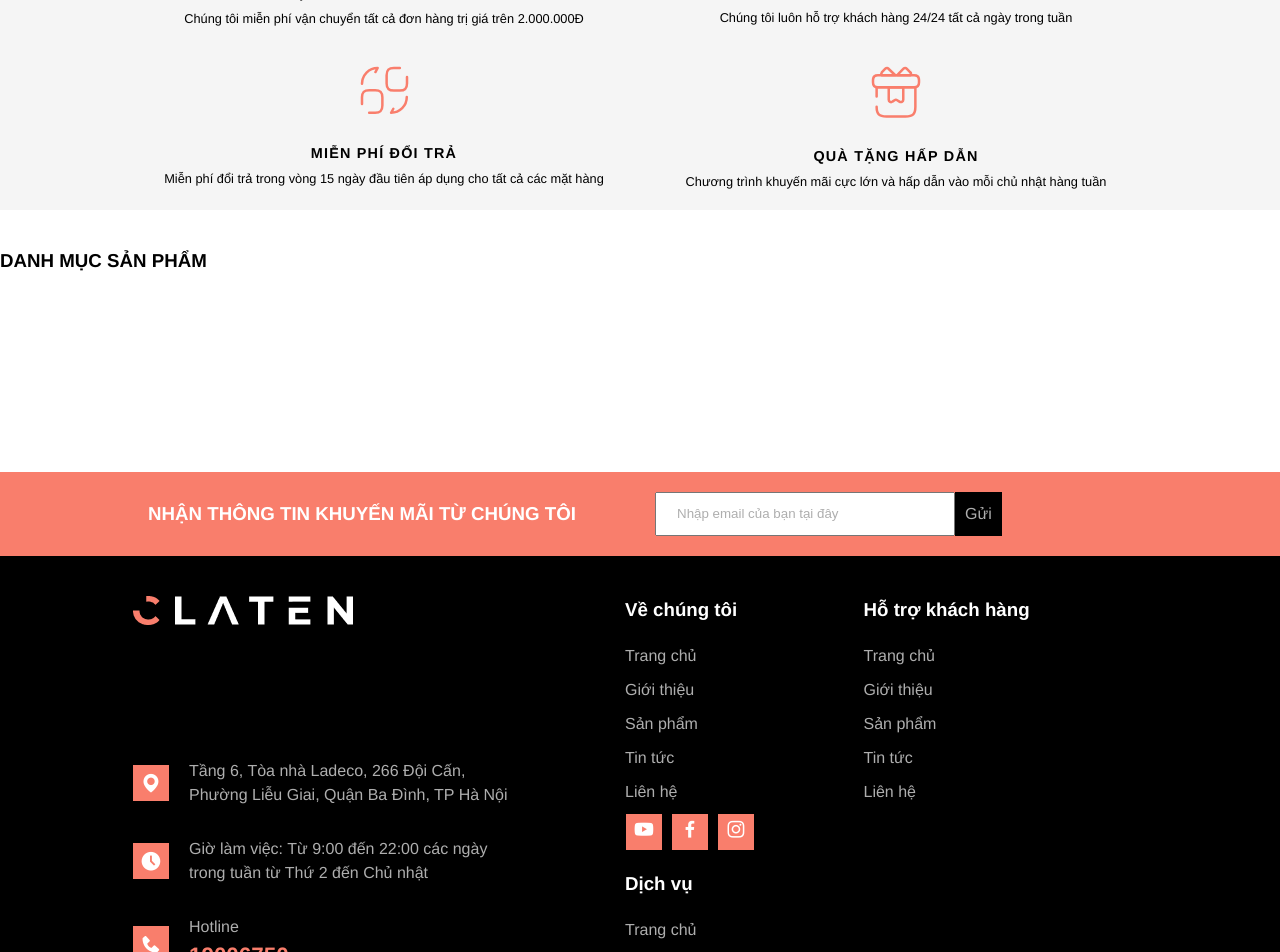
Repository: RennoPMXK/doan
Page: index.html
These files come from the project's save history. The page is drawn as it stood at one moment and after the next save; the edit follows.
The browser window is 1280 px wide. The pictures show the part of the page from y = 685 to 1637 px (the page is 1783 px tall before and 1813 px after).

Above is the page before, as saved 2021-11-16 20:20:51.

After the next save:
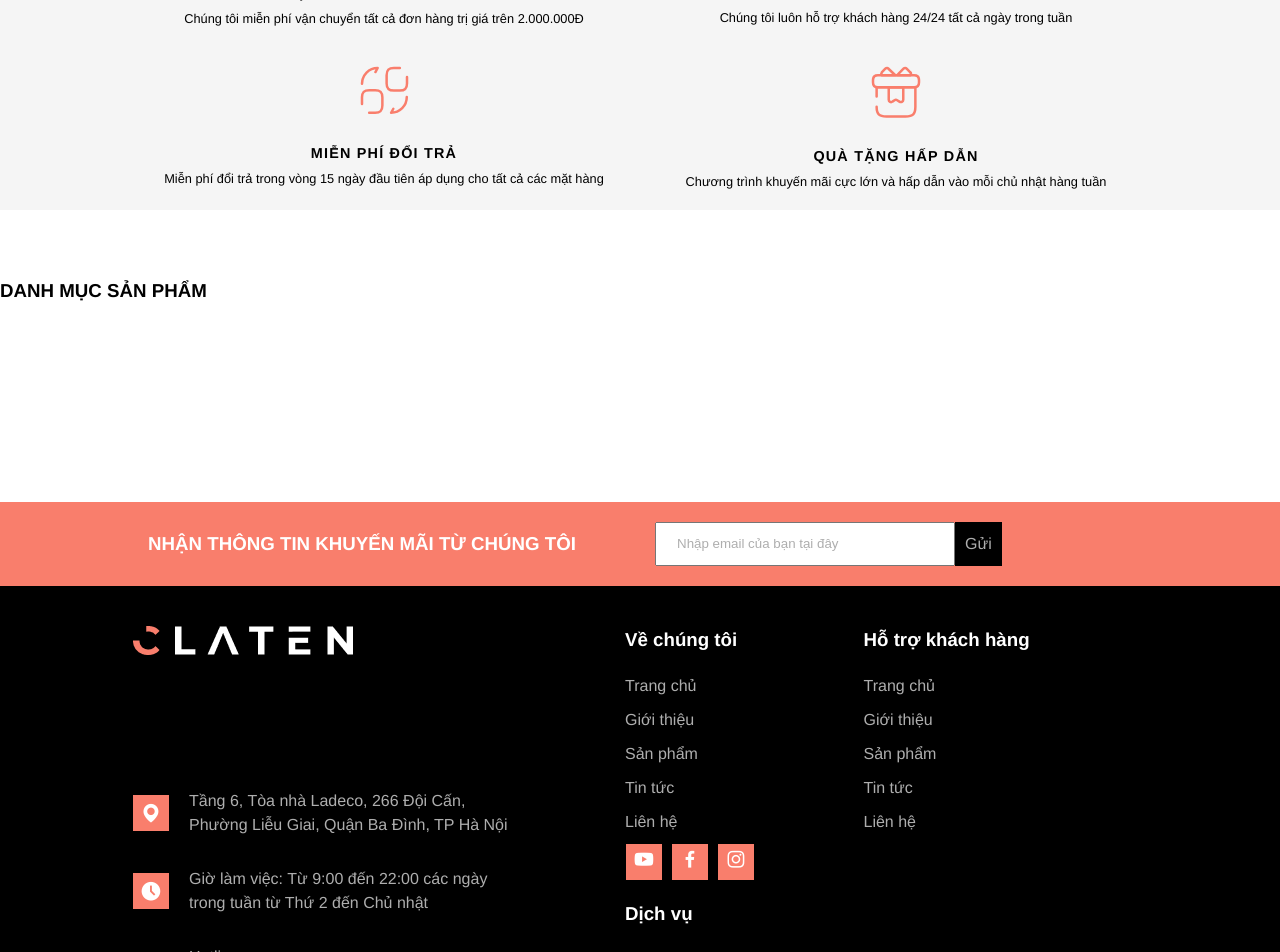
Saved 25 s later.
--- a/style.css
+++ b/style.css
@@ -62,7 +62,7 @@ li {
 }
 
 section {
-    margin-top: 40px;
+    margin-top: 70px;
 }
 
 .container {
